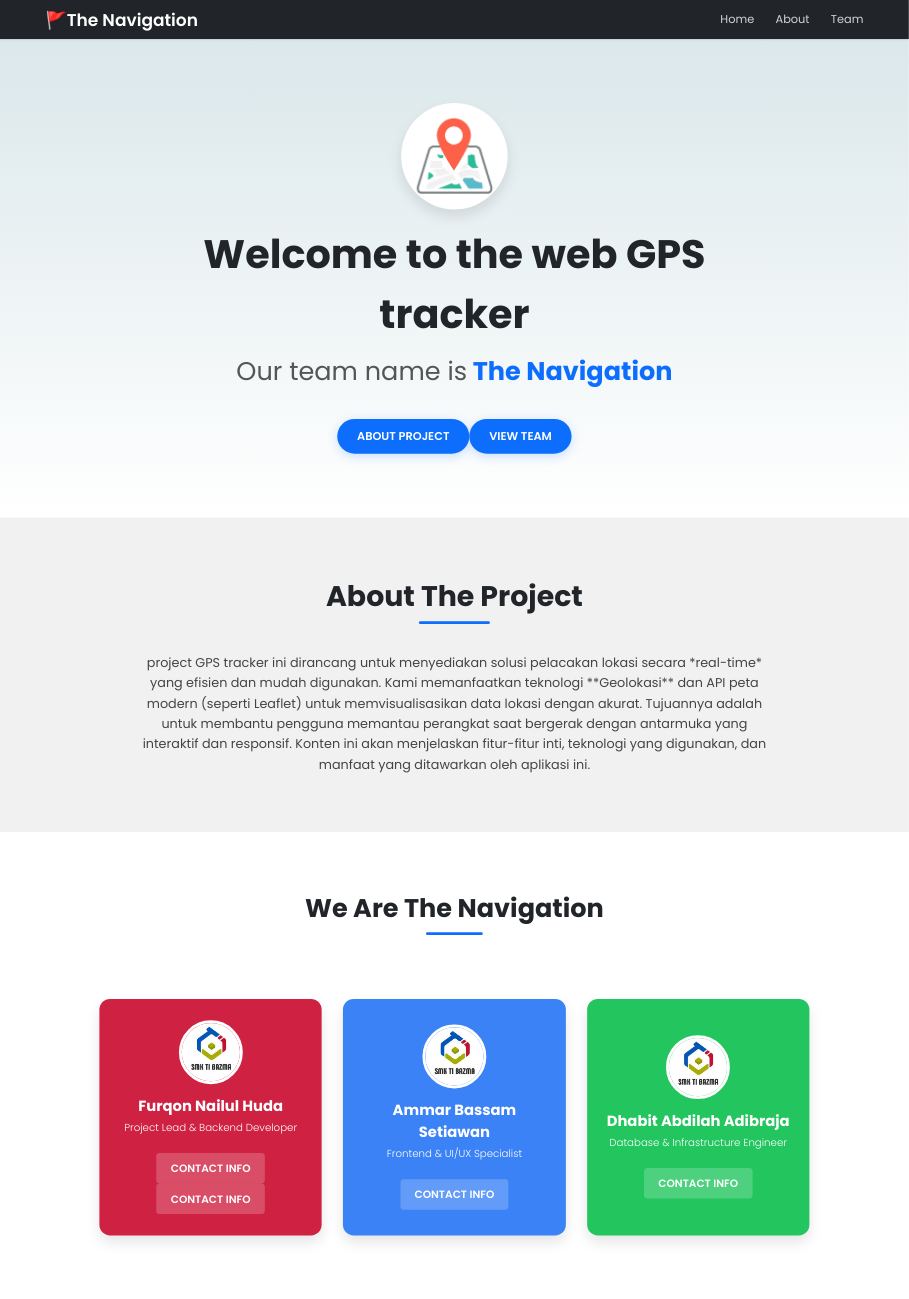
Repository: ammarsetiawan/gps-traker
Page: about.html
An editor plug-in stored every save of this project. The page is shown before and after a run of saves, followed by the edit.
The browser window is 1280 px wide. The pictures show the whole page, at 71% of full size.

Above is the page before, as saved 2025-11-27 16:49:18.

After the next 2 saves:
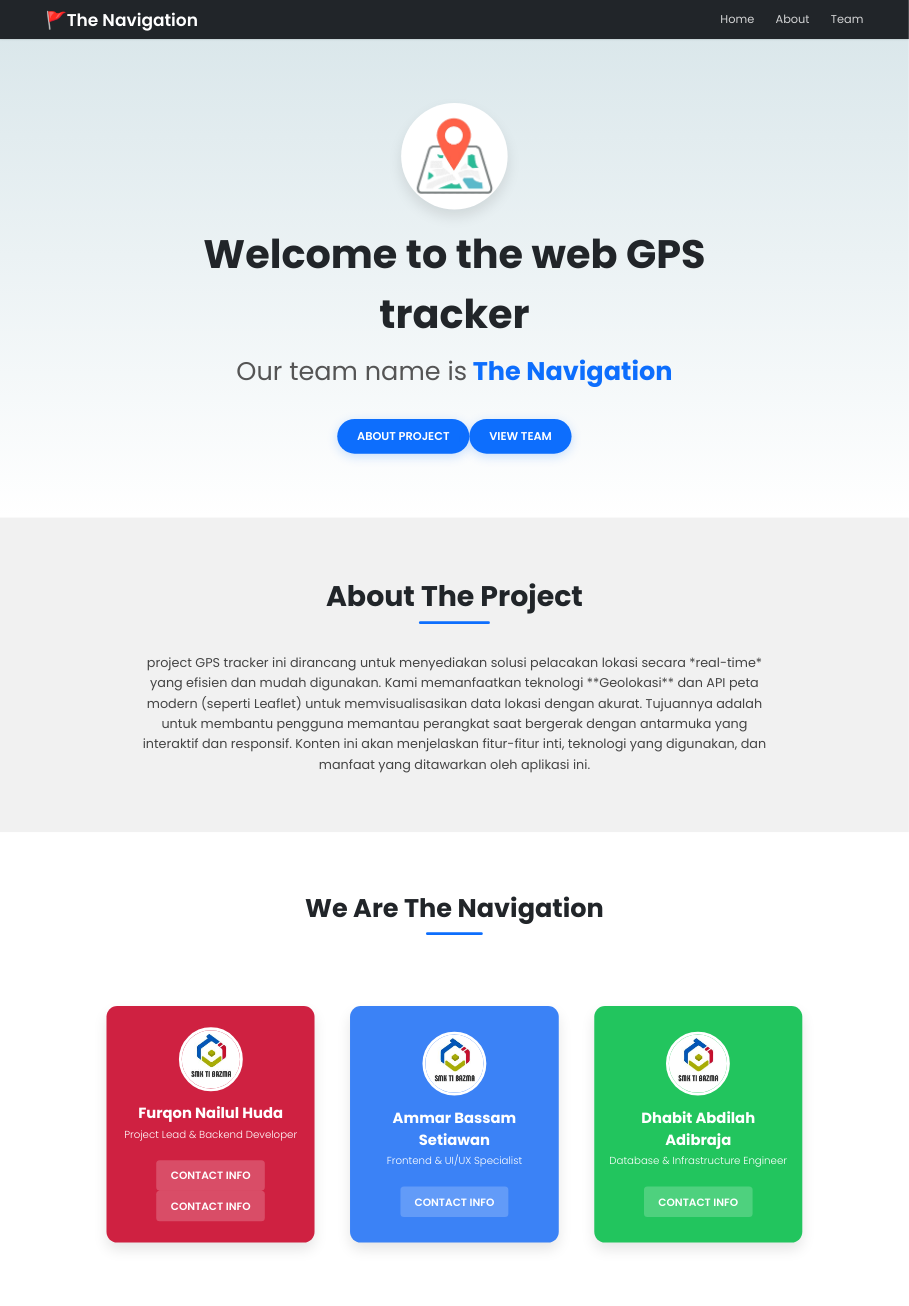
The 2 saves are shown as one change because they came seconds apart.
The last was saved 6 s later.
--- a/about.html
+++ b/about.html
@@ -283,7 +283,7 @@
 
         .cards .card {
 
-            margin-bottom: 10px;
+            margin: 10px;
             display: flex;
             align-items: center;
             justify-content: center;
